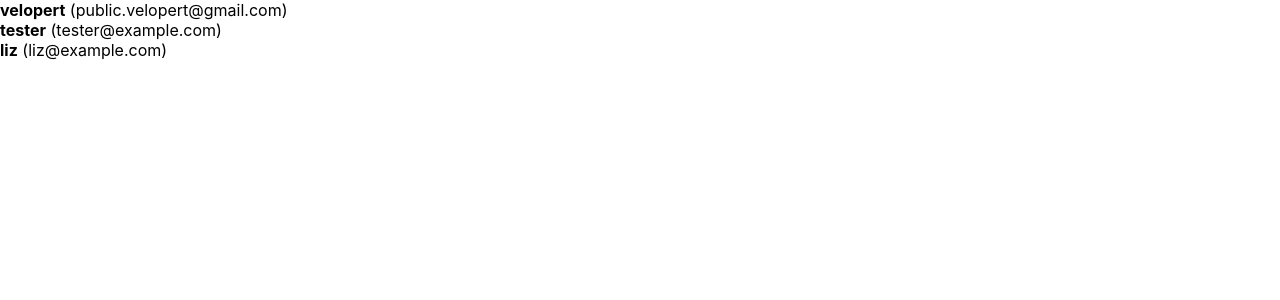
Repository: sonyohann/begin-react
Page: /
An editor plug-in stored every save of this project. The page is shown before and after the next save, followed by the edit.
The browser window is 1280 px wide. The pictures show the whole page.
The project was rebuilt for these pictures with package versions that can differ from the ones it lists, and the page was loaded fresh each time.

Above is the page before, as saved 2021-11-25 17:23:19.

### src/App.js
import React, { useRef } from "react";
import UserList from "./UserList";

function App() {
  const users = [
    {
      id: 1,
      username: "velopert",
      email: "public.velopert@gmail.com",
    },
    {
      id: 2,
      username: "tester",
      email: "tester@example.com",
    },
    {
      id: 3,
      username: "liz",
      email: "liz@example.com",
    },
  ];

  const nextId = useRef(4);
  const onCreate = () => {
    nextId.current += 1;
  };
  return <UserList users={users} />;
}

export default App;

### src/UserList.js
import React from "react";

function User({ user }) {
  return (
    <div>
      <b>{user.username}</b> <span>({user.email})</span>
    </div>
  );
}

function UserList({ users }) {
  return (
    <div>
      {users.map((user) => (
        <User user={user} key={user.id} />
      ))}
    </div>
  );
}

export default UserList;

Loaded but not shown: public/index.html (common file); src/index.js (common file); src/index.css (common file); src/reportWebVitals.js (common file)

After the next save:
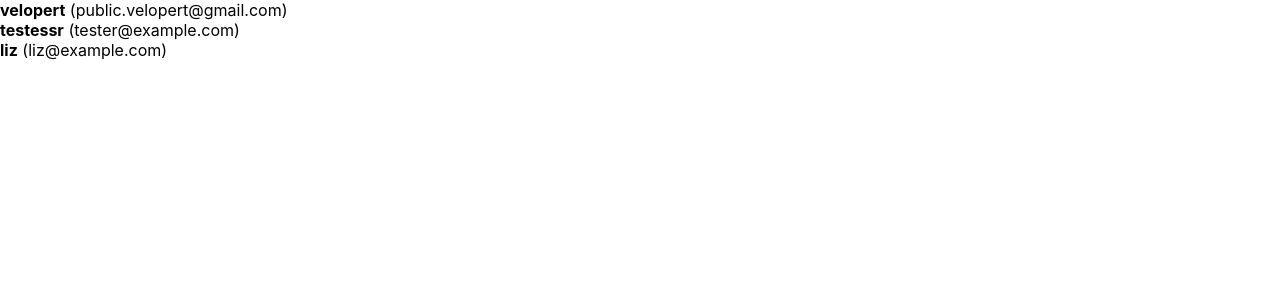
Saved 16 h 12 min later.
--- a/src/App.js
+++ b/src/App.js
@@ -10,7 +10,7 @@
     },
     {
       id: 2,
-      username: "tester",
+      username: "testessr",
       email: "tester@example.com",
     },
     {

After the save that followed:
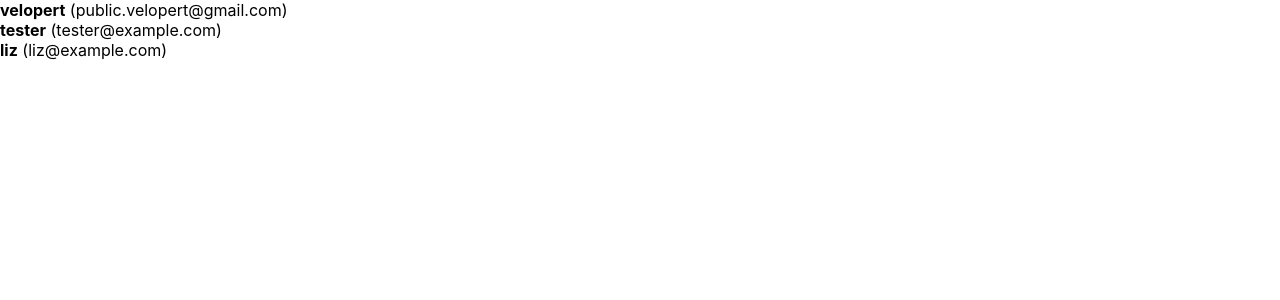
Saved 8 s later.
--- a/src/App.js
+++ b/src/App.js
@@ -10,7 +10,7 @@
     },
     {
       id: 2,
-      username: "testessr",
+      username: "tester",
       email: "tester@example.com",
     },
     {
